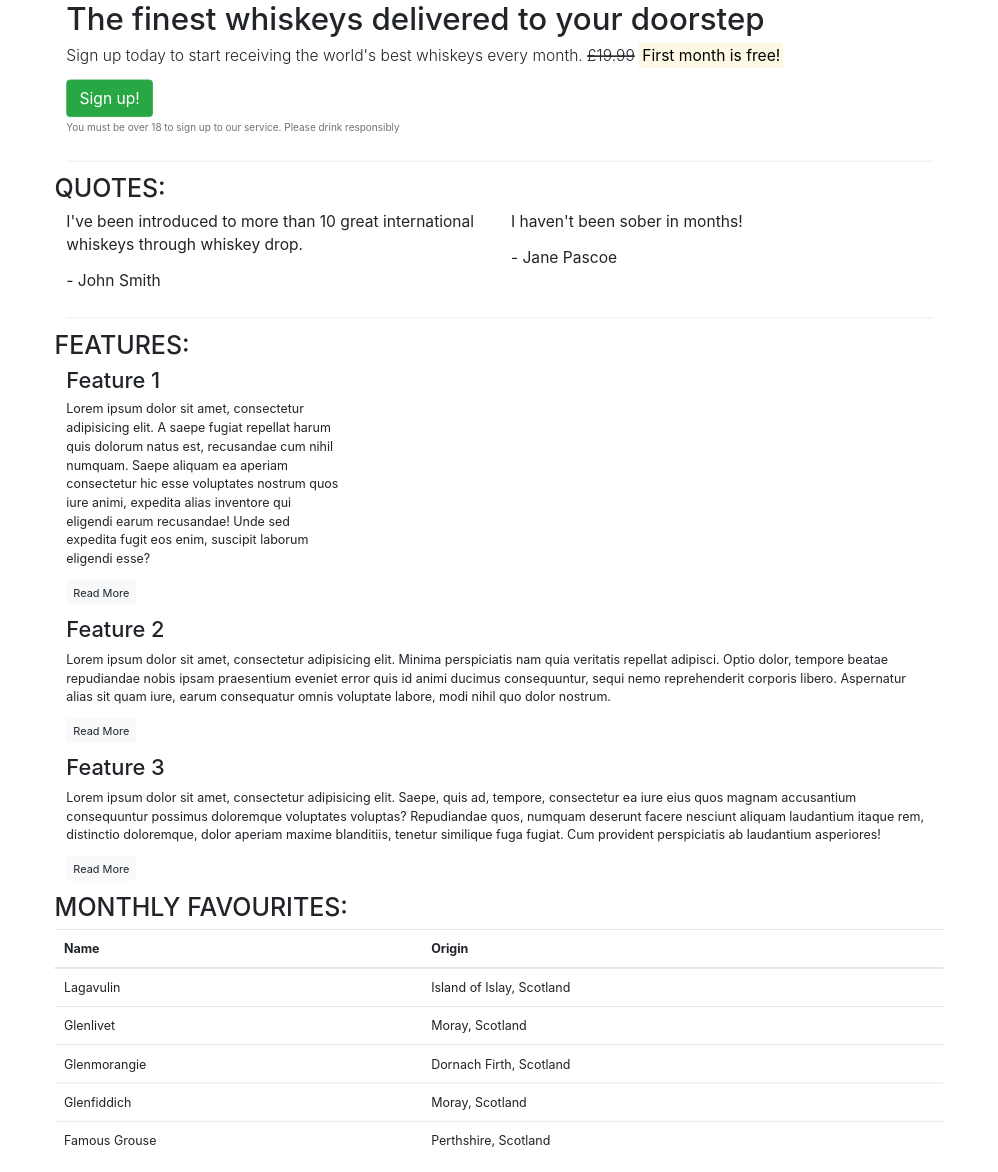
Repository: LouWills/WhiskeyDrop-bootstrap
Page: index.html
The author's editor kept a record of every edit. The page is drawn from the files as they stood at one moment, then again after the next edit.
The browser window is 1280 px wide. The pictures show the whole page, at 78% of full size.

Above is the page before.
Console error: TypeError: Cannot read properties of undefined (reading 'fn')

After the next edit:
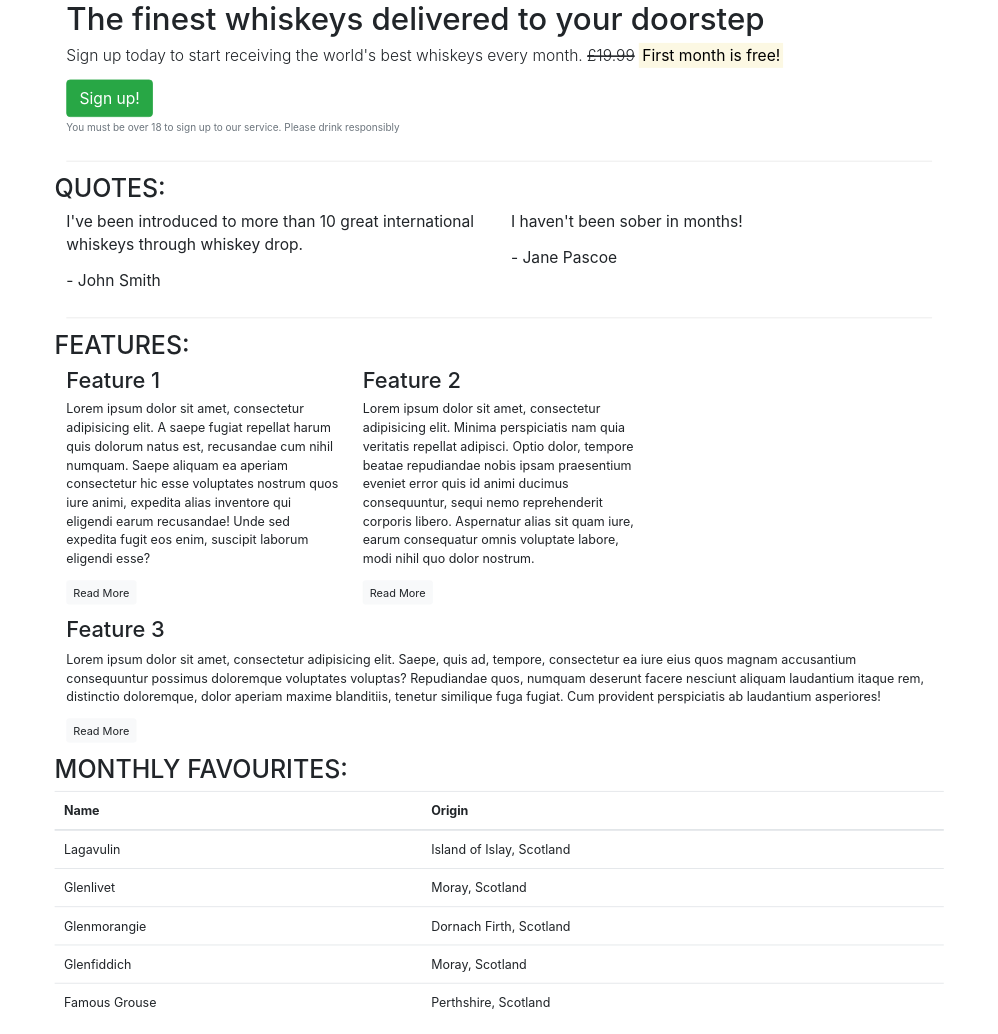
The edit:
--- a/index.html
+++ b/index.html
@@ -63,7 +63,7 @@
                         <p><a class="btn btn-sm btn-light btn-tablet" href="">Read More</a></p>
                     </div>
                 </div>
-                <div class="col-4 col-12">
+                <div class="col-4">
                     <div class="feature">
                         <h3>Feature 2</h3>
                         <p>Lorem ipsum dolor sit amet, consectetur adipisicing elit. Minima perspiciatis nam quia veritatis repellat adipisci. Optio dolor, tempore beatae repudiandae nobis ipsam praesentium eveniet error quis id animi ducimus consequuntur, sequi nemo reprehenderit corporis libero. Aspernatur alias sit quam iure, earum consequatur omnis voluptate labore, modi nihil quo dolor nostrum.</p>
